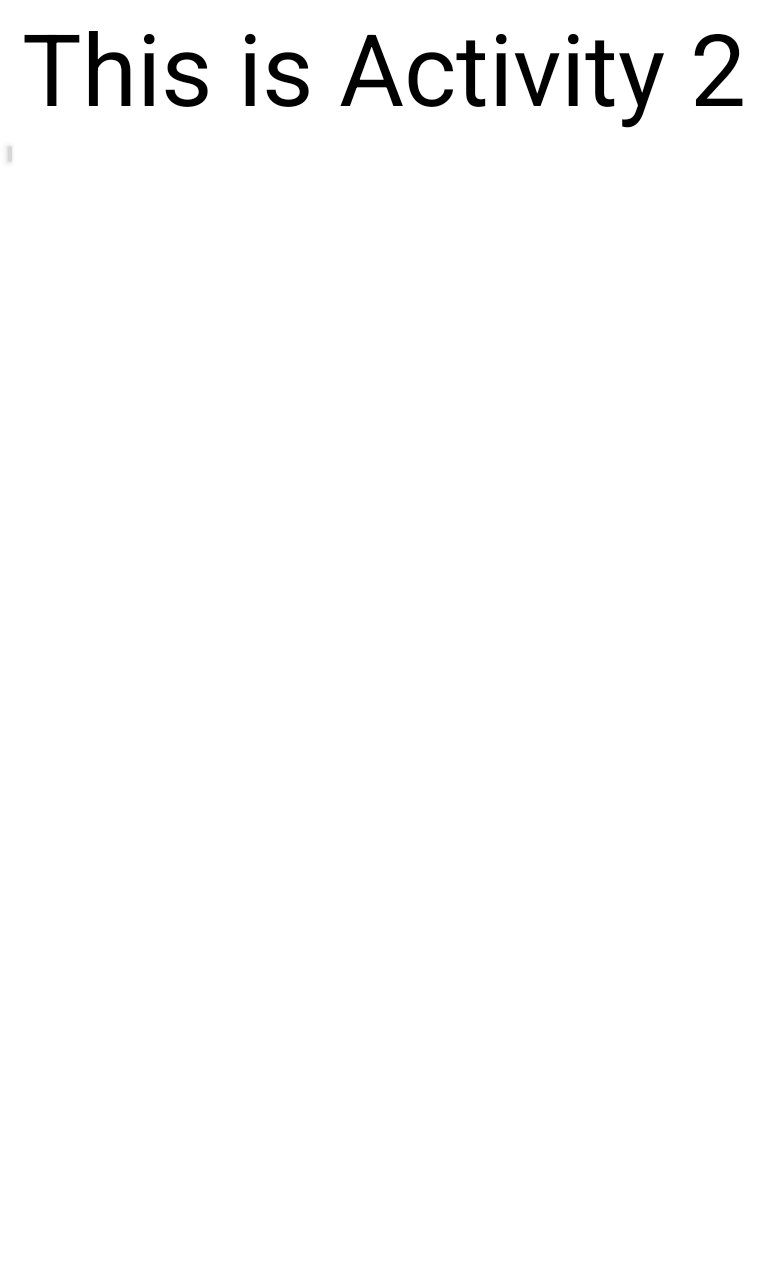
Repository: Stamenov96/NeuralNetowork
Layout: DigitRecognition/res/layout/about.xml
An editor plug-in stored every save of this project. The layout is shown before and after the next save, followed by the edit.
It is drawn on a 768 x 1280 px phone screen (xhdpi) without system bars, with theme AppTheme; the app's code is not run.

Above is the layout before, as saved 2015-02-13 15:20:22.

### DigitRecognition/res/layout/about.xml
<?xml version="1.0" encoding="utf-8"?>
<LinearLayout xmlns:android="http://schemas.android.com/apk/res/android"
    android:layout_width="fill_parent"
    android:layout_height="fill_parent"
    android:background="#ffffff"
    android:orientation="vertical" >

    <TextView
        android:layout_width="fill_parent"
        android:layout_height="wrap_content"
        android:text="This is Activity 2"
        android:textSize="50dp"
        android:gravity="center"
        android:textColor="#000000" />

    <Button
        android:id="@+id/Button02"
        android:layout_width="10dp"
        android:layout_height="20dp"
        android:text="Previous"

        android:textSize="18px" />

</LinearLayout>

Loaded but not shown: DigitRecognition/res/values/styles.xml (common file); DigitRecognition/res/values-v11/styles.xml (common file); DigitRecognition/res/values-v14/styles.xml (common file)

After the next save:
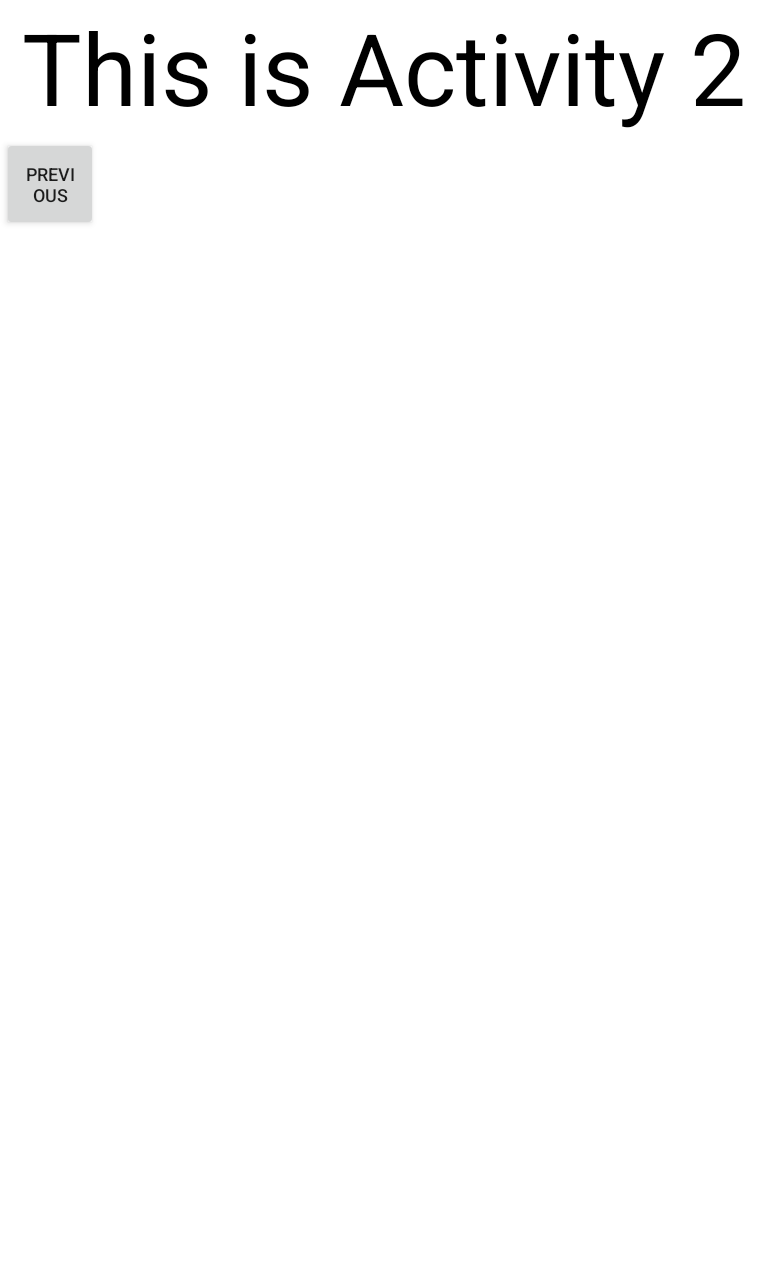
Saved 92 s later.
--- a/DigitRecognition/res/layout/about.xml
+++ b/DigitRecognition/res/layout/about.xml
@@ -15,8 +15,8 @@
 
     <Button
         android:id="@+id/Button02"
-        android:layout_width="10dp"
-        android:layout_height="20dp"
+        android:layout_width="50dp"
+        android:layout_height="50dp"
         android:text="Previous"
 
         android:textSize="18px" />
